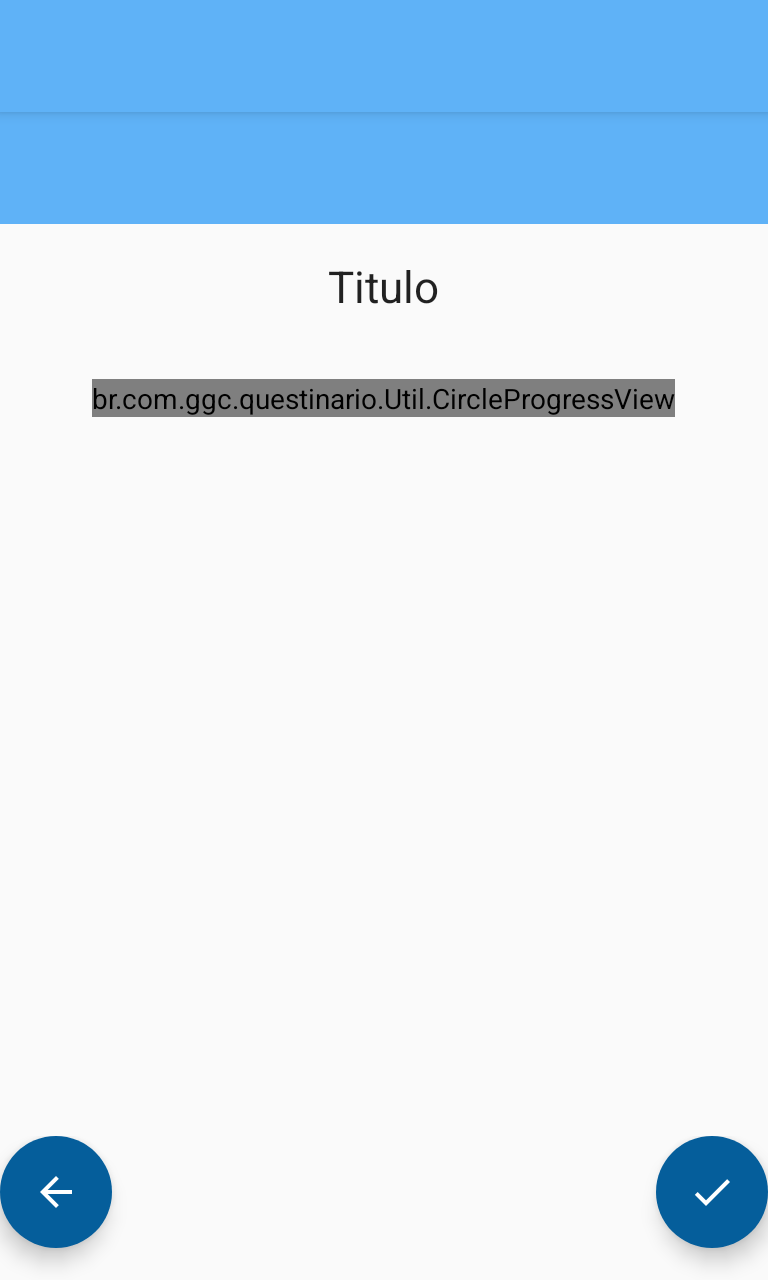
Repository: Gilson-Android/Questionario_App
Layout: Questinario/res/layout/activity_principal.xml
These files come from the project's save history. The layout is drawn as it stood at one moment and after the next save; the edit follows.
Pictures or frames that could not be fetched are drawn as grey boxes. It is drawn on a 768 x 1280 px phone screen (xhdpi) without system bars, with theme AppTheme; the app's code is not run.

Above is the layout before, as saved 2015-09-04 05:20:37.

### Questinario/res/layout/activity_principal.xml
<LinearLayout xmlns:android="http://schemas.android.com/apk/res/android"
    xmlns:app="http://schemas.android.com/apk/res/br.com.ggc.questinario"
    android:layout_width="fill_parent"
    android:layout_height="fill_parent"
    android:orientation="vertical" >

    <include
        android:id="@+id/toolbar"
        layout="@layout/tool_bar" >
    </include>

    <android.support.design.widget.TabLayout
        android:id="@+id/tab_layout"
        android:layout_width="match_parent"
        android:layout_height="wrap_content"
        android:layout_below="@+id/toolbar"
        android:background="?attr/colorPrimary"
        android:minHeight="?attr/actionBarSize"
        android:theme="@style/ThemeOverlay.AppCompat.Dark.ActionBar"
        app:tabGravity="center"
        app:tabMode="scrollable" />

    <LinearLayout
        android:id="@+id/llQuetionario"
        android:layout_width="fill_parent"
        android:layout_height="0dp"
        android:layout_weight="1"
        android:orientation="vertical" >

        <TextView
            android:id="@+id/textCategoria"
            android:theme="@style/AppTheme"
            android:layout_width="wrap_content"
            android:layout_height="wrap_content"
            android:layout_gravity="center"
            android:layout_marginBottom="@dimen/activity_vertical_margin"
            android:layout_marginLeft="@dimen/activity_horizontal_margin"
            android:layout_marginRight="@dimen/activity_horizontal_margin"
            android:layout_marginTop="@dimen/activity_vertical_margin"
            android:text="Titulo"
            android:textAppearance="?android:attr/textAppearanceLarge" />

        <LinearLayout
            android:id="@+id/llEnvio"
            android:layout_width="fill_parent"
            android:layout_height="fill_parent"
            android:visibility="gone"
            android:orientation="vertical" >

            <android.support.design.widget.TextInputLayout
                android:id="@+id/text_Nome"
                android:layout_width="match_parent"
                android:layout_height="wrap_content" >
                <EditText
                    android:id="@+id/edNome"
                    android:layout_width="match_parent"
                    android:layout_height="wrap_content"
                    android:textColor="@color/Azul"
                    android:singleLine="true"
                	android:textColorHint="@color/Azul_Claro"
                    android:hint="Nome" />
            </android.support.design.widget.TextInputLayout>

            <android.support.design.widget.TextInputLayout
                android:id="@+id/text_email"
                android:layout_width="match_parent"
                android:layout_height="wrap_content" >
                <EditText
                    android:id="@+id/edEmail"
                    android:layout_width="match_parent"
                    android:layout_height="wrap_content"
                    android:hint="Email"
                    android:textColor="@color/Azul"
                	android:textColorHint="@color/Azul_Claro"
                    android:inputType="textEmailAddress" />
            </android.support.design.widget.TextInputLayout>
        </LinearLayout>

        <br.com.ggc.questinario.Util.CircleProgressView
            android:id="@+id/circleView"
            android:layout_width="wrap_content"
            android:layout_height="wrap_content"
            android:layout_gravity="center"
            android:layout_marginBottom="@dimen/activity_vertical_margin"
            android:layout_marginLeft="@dimen/activity_horizontal_margin"
            android:layout_marginRight="@dimen/activity_horizontal_margin"
            android:layout_marginTop="@dimen/activity_vertical_margin"
            android:max="10"
            app:rimColor="?attr/colorPrimary"
            app:contourColor="@color/Azul_Claro"
            app:barColor="#bd0d2a"
            app:barColor1="#dfca1d"
            app:barColor2="#dfca1d"
            app:barColor3="@color/Azul"
            app:seekMode="true"
            app:showUnit="false" >
        </br.com.ggc.questinario.Util.CircleProgressView>
    </LinearLayout>

    <LinearLayout
        android:layout_width="fill_parent"
        android:layout_height="wrap_content" >

        <android.support.design.widget.FloatingActionButton
            xmlns:app="http://schemas.android.com/apk/res-auto"
            android:id="@+id/fabVoltar"
            android:layout_width="wrap_content"
            android:layout_height="wrap_content"
            android:layout_gravity="left|bottom"
            android:layout_marginBottom="16dp"
            android:onClick="onClickFabVoltar"
            android:src="@drawable/ic_voltar_branco_48dp"
            android:tint="@android:color/white"
            app:borderWidth="0dp" />

        <LinearLayout
            android:layout_width="0dp"
            android:layout_height="wrap_content"
            android:layout_weight="1" >
        </LinearLayout>

        <android.support.design.widget.FloatingActionButton
            xmlns:app="http://schemas.android.com/apk/res-auto"
            android:id="@+id/fabProximo"
            android:layout_width="wrap_content"
            android:layout_height="wrap_content"
            android:layout_gravity="right|bottom"
            android:layout_marginBottom="16dp"
            android:onClick="onClickFabProximo"
            android:src="@drawable/ic_concluido_ordem"
            android:tint="@android:color/white"
            app:borderWidth="0dp" />
    </LinearLayout>

</LinearLayout>

### Questinario/res/values/styles.xml
<?xml version="1.0" encoding="utf-8"?>
<resources xmlns:android="http://schemas.android.com/apk/res/android">

    <style name="AppTheme" parent="@style/Theme.AppCompat.Light.NoActionBar">
        <item name="colorPrimary">@color/Azul_Claro</item>
        <item name="colorPrimaryDark">@color/colorPrimaryDark</item>
        <item name="colorAccent">@color/Azul</item>

        <item name="android:textColorHint">@color/Azul</item>
        <item name="colorControlNormal">@color/colorControlNormal</item>
        <item name="colorControlActivated">@color/colorControlNormal</item>
        <item name="colorControlHighlight">@color/colorPrimaryDark</item>
    </style>

</resources>

### Questinario/res/values/color.xml
<?xml version="1.0" encoding="utf-8"?>
<resources>

    <color name="Azul_Claro">#5fb2f7</color>
    <color name="Azul"> #055e9b</color>
    <color name="light_gray_header_color">#646663</color>
    <color name="colorControlNormal">#25638e</color>
    <color name="colorPrimaryDark">#8bcdfb</color>

</resources>

### Questinario/res/layout/tool_bar.xml
<?xml version="1.0" encoding="utf-8"?>
<android.support.v7.widget.Toolbar xmlns:android="http://schemas.android.com/apk/res/android"
    android:layout_width="match_parent"
    android:layout_height="wrap_content"
    app:titleTextColor="@android:color/white"
    android:background="@color/Azul_Claro"
    android:theme="@style/ThemeOverlay.AppCompat.Dark"
    android:elevation="4dp"
    xmlns:app="http://schemas.android.com/apk/res/br.com.ggc.questinario">

</android.support.v7.widget.Toolbar>

Loaded but not shown: Questinario/res/values/dimens.xml (common file); Questinario/res/values-w820dp/dimens.xml (common file)

After the next save:
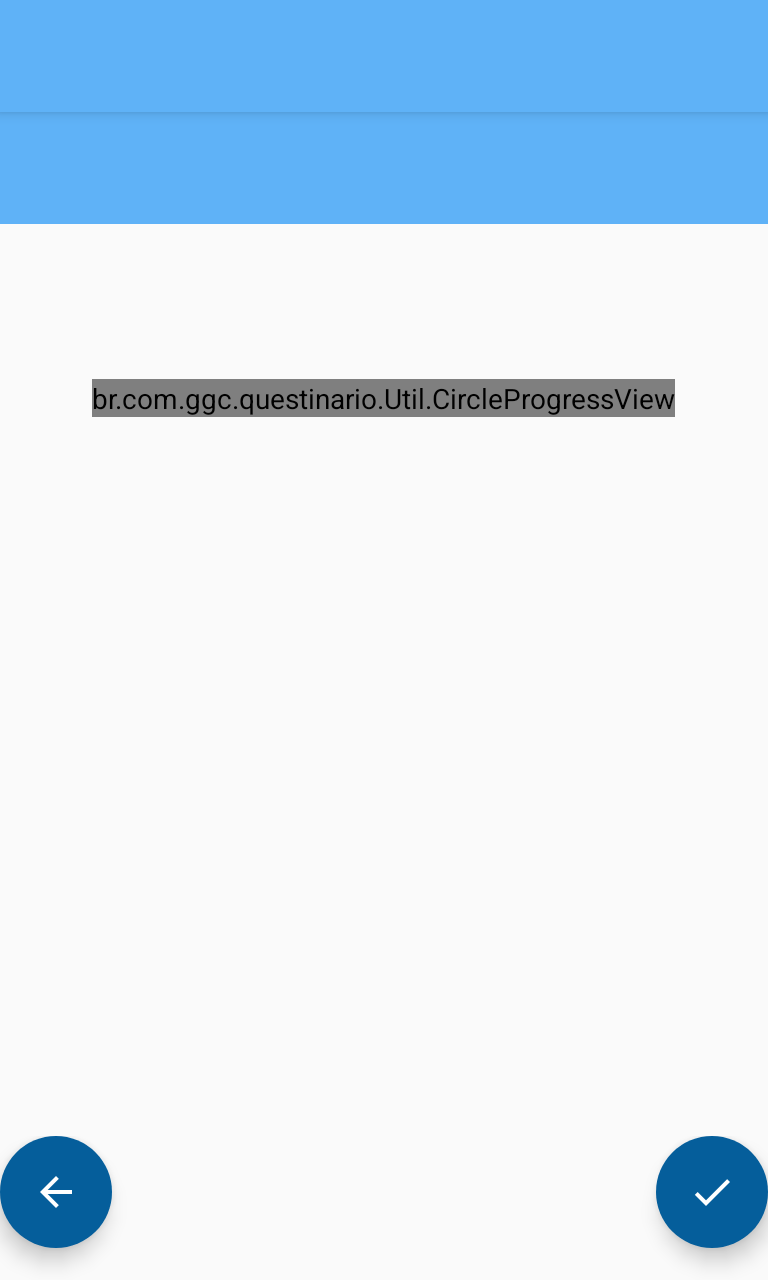
Saved 49 s later.
--- a/Questinario/res/layout/activity_principal.xml
+++ b/Questinario/res/layout/activity_principal.xml
@@ -37,7 +37,6 @@
             android:layout_marginLeft="@dimen/activity_horizontal_margin"
             android:layout_marginRight="@dimen/activity_horizontal_margin"
             android:layout_marginTop="@dimen/activity_vertical_margin"
-            android:text="Titulo"
             android:textAppearance="?android:attr/textAppearanceLarge" />
 
         <LinearLayout
